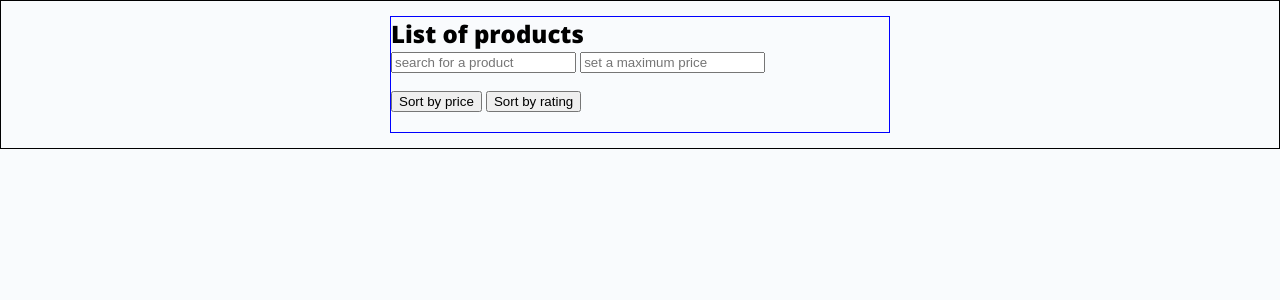
Repository: andrii1/hyf-homework
Page: javascript/javascript2/week2/hyf-bay/index.html
These files come from the project's save history. The page is drawn as it stood at one moment and after the next save; the edit follows.
The browser window is 1280 px wide. The pictures show the whole page.

Above is the page before, as saved 2022-07-06 12:17:25.

After the next save:
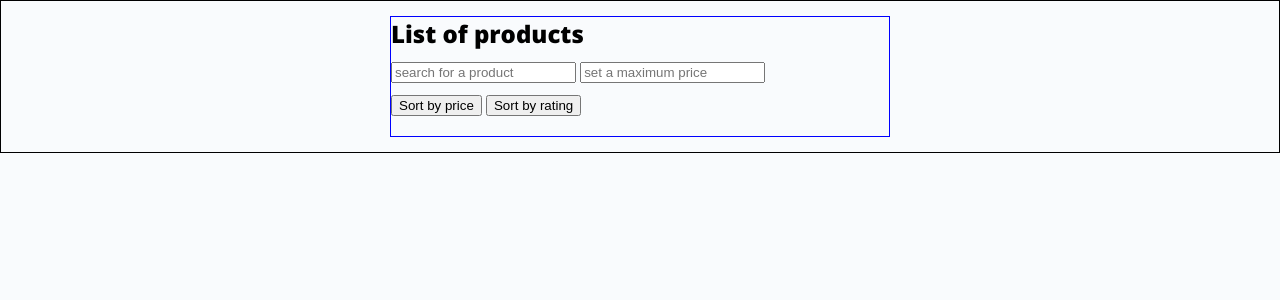
Saved 11 s later.
--- a/javascript/javascript2/week2/hyf-bay/main.css
+++ b/javascript/javascript2/week2/hyf-bay/main.css
@@ -30,3 +30,7 @@ main {
   width: 500px;
   border: 1px solid blue;
 }
+
+form {
+  margin: 10 0;
+}
